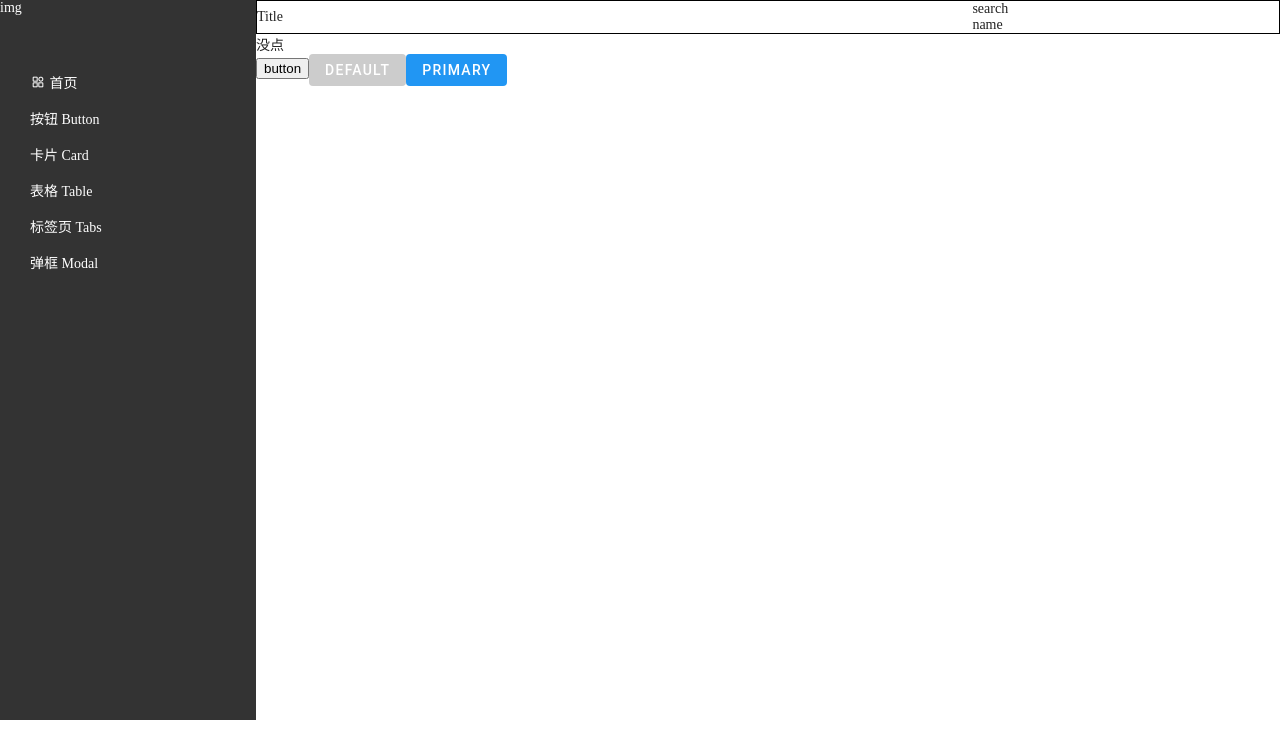
Repository: wyhsunflower/koalaUI
Page: /
An editor plug-in stored every save of this project. The page is shown before and after the next save, followed by the edit.
The browser window is 1280 px wide. The pictures show the whole page.
The project was rebuilt for these pictures with package versions that can differ from the ones it lists, and the page was loaded fresh each time. Also part of the build but not shown: webpack.config.js, src/components/Modal/Modal.vue. Imported but missing from the stored project, and not drawn on this page: src/views/go/go2.vue.

Above is the page before, as saved 2020-03-12 22:02:48.

### index.html
<!DOCTYPE html>
<html lang="en">
<head>
    <meta charset="UTF-8">
    <title>koala's UI</title>
</head>
<body>
<div id="app"></div>
</body>
</html>

### src/index.js
import Vue from 'vue';
import App from './app';
import './components/components.js'
import './styles/global.scss';
import './styles/iconfont/icon.scss'
import router from './router/route';


new Vue({
    router,
    render(h) {
        return h(App);
    }
}).$mount('#app');

### src/app.vue
<template>
    <div id="app" class="container">
        <SideBar></SideBar>
        <div class="right">
            <Header></Header>
            <div class="main">
                <transition>
                 <router-view></router-view>
                </transition>
            </div>
        </div>
    </div>
</template>
<script>
    import SideBar from './SideBar';
    import Header from './Header';
    export default {
        name: "app",
        components:{
            SideBar,
            Header
        },
    }
</script>

<style lang="scss" scoped>
    @import "styles/global";
    .container{
        width: 100%;
        display: flex;
        flex-flow: row nowrap;
        height: 100%;
    }
    .right{
        width: 80%;
        height: 100%;
    }
        .main{
            width: 100%;
            height: 100%;
        }
</style>

### src/components/components.js
import Vue from 'vue'
import Button from './Button/Button';
import Modal from './Modal/Modal';

Vue.component('Button',Button);
Vue.component('Modal',Modal);

### src/styles/global.scss
$font-color: rgba(0,0,0, 0.87);
$color-btn-default:#ccc;
$color-btn-primary:#2196f3;
* {
    box-sizing: border-box;
}
html, body {
    margin: 0;
    padding: 0;
}
html{
    width: 100%;
    height: 100%;
    outline: none;
}
body {
    color: $font-color;
    font-size: 14px;
    height: 100%;
    width: 100%;
}
.koala-button{

    -moz-osx-font-smoothing: grayscale;
    -webkit-font-smoothing: antialiased;
    font-size: .875rem;
    line-height: 2.25rem;
    font-weight: 500;
    letter-spacing: .0892857143em;
    text-decoration: none;
    text-transform: uppercase;
    padding: 0 8px 0 8px;
    display: inline-flex;
    position: relative;
    align-items: center;
    justify-content: center;
    box-sizing: border-box;
    min-width: 64px;
    border: none;
    outline: none;
    line-height: 1;
    -webkit-user-select: none;
    -moz-user-select: none;
    -ms-user-select: none;
    user-select: none;
    -webkit-appearance: none;
    overflow: visible;
    vertical-align: middle;
    border-radius: 4px;

    padding: 0 16px 0 16px;
    min-width: 4.5rem;
    font-family: Roboto,Helvetica Neue,sans-serif;
    color: #fff;
    height: 2.25em;
}

### src/styles/iconfont/icon.scss
@font-face {font-family: "iconfont";
  src: url('./iconfont.eot?t=1575969178796'); /* IE9 */
  src: url('./iconfont.eot?t=1575969178796#iefix') format('embedded-opentype'), /* IE6-IE8 */
       url('./iconfont.woff?t=1575969178796') format('woff'),
       url('./iconfont.ttf?t=1575969178796') format('truetype'), /* chrome, firefox, opera, Safari, Android, iOS 4.2+ */
       url('./iconfont.svg?t=1575969178796#iconfont') format('svg'); /* iOS 4.1- */
}
.iconfont {
  font-family: "iconfont" !important;
  font-size: 16px;
  font-style: normal;
  -webkit-font-smoothing: antialiased;
  -moz-osx-font-smoothing: grayscale;
}
.icon-all:before {
  content: "\e6ef";
}

### src/router/route.js
import Router from 'vue-router';
import Vue from 'vue';
//import Home from '../app';
//import Button from '../components/Button/Button';
import Home from '../views/home';


const routerListDir=[];

function importAllRouter(r) {
    r.keys().forEach(
        (key)=>routerListDir.push(r(key).default)
    )
}

importAllRouter(require.context('../router',true,/\.router\.js/));
Vue.use(Router);
console.log(routerListDir);

export default new Router({
    routes: [
        ...routerListDir,
        { path: '/',component:Home},
        //{ path: '/button',component:Button},
    ]
});

### src/SideBar.vue
<template>
    <div class="side">
        <div class="top">
            <div>img</div>
            <!--<img src="./static/img/logo.jpg">-->
        </div>
        <ul class="side-list">
            <li v-for="x of lists">
                <i class="iconfont" :class="x.icon"></i>
                {{x.name}}
            </li>
        </ul>
    </div>
</template>

<script>
    export default {
        name: "SideBar",
        data(){
            return{
                lists:[
                    {
                        name:'首页',
                        icon:'icon-all',
                    },
                    {
                        name:'按钮 Button',
                        icon:'button',
                    },
                    {
                        name:'卡片 Card',
                        icon:'card',
                    },
                    {
                        name:'表格 Table',
                        icon:'table',
                    },
                    {
                        name:'标签页 Tabs',
                        icon:'tabs',
                    },
                    {
                        name:'弹框 Modal',
                        icon:'modal',
                    },
                ],
            }
        },
    }
</script>

<style lang="scss" scoped>
    .side {
        max-width: 300px;
        width: 20%;
        background: rgba(0,0,0,.8);
        height: 100%;
        color: #fff;
    }
    .top {
        height: 50px;
    }
    ul{
        list-style: none;
        padding: 0;
    }
    li{
        padding: 8px 30px;
        &:hover{background: rgba(0,0,0,.2);}
    }
</style>

### src/Header.vue
<template>
    <div class="header">
        <div class="title">Title</div>
        <div class="right">
            <div class="search">search</div>
            <div class="config">name</div>
        </div>
    </div>
</template>

<script>
    export default {
        name: "Header"
    }
</script>

<style lang="scss" scoped>
    .header{
        width: 100%;
        display: flex;
        justify-content: space-between;
        align-items: center;
        border: 1px solid #000;
    }
    .title{
        width: 60%;
    }
    .right{
        width: 30%;
    }
</style>

### src/components/Button/Button.vue
<template>
    <component
            class="koala-button"
            :class="buttonType"
            is="button"
            @click="onClick"
    >
        <slot></slot>
    </component>
</template>

<script>
    //type color icon
    export default {
        name: "Button",
        props:['self','type','color'],
        data(){
            return{
            }
        },
        components:{

        },
        computed:{
            buttonType(){
                return `koala-button-${this.type}`
            },
        },
        methods:{
            onClick(e){
                this.$emit('click', e);
            }
        },
        mounted(){
        },
    }
</script>

<style lang="scss" scoped >
    @import "../../styles/global.scss";
// .koala-button{
//     background-color:#ccc;
//     min-width: 4.5rem;
//     border-radius: .25rem;
//     color: #fff;
//     font-size: .875rem;
//     font-weight: 300;
//     box-sizing: border-box;
//     position: relative;
//     -webkit-user-select: none;
//     -moz-user-select: none;
//     -ms-user-select: none;
//     user-select: none;
//     cursor: pointer;
//     outline: none;
//     border: none;
//     -webkit-tap-highlight-color: transparent;
//     display: inline-block;
//     white-space: nowrap;
//     text-decoration: none;
//     vertical-align: baseline;
//     text-align: center;
//     margin: 0;
//     min-width: 64px;
//     line-height: 36px;
//     padding: 0 16px;
//     border-radius: 4px;
//     overflow: visible;
//     transform: translate3d(0, 0, 0);
//     transition: background 400ms cubic-bezier(0.25, 0.8, 0.25, 1),box-shadow 280ms cubic-bezier(0.4, 0, 0.2, 1);
// }
    .koala-button-default{
        background-color:$color-btn-default;
    }
    .koala-button-primary{
        background-color:$color-btn-primary;
    }
</style>

### src/views/home.vue
<template>
    <div class="main-container">
        <div>{{message}}</div>
        <button @click="showModal">button</button>
        <Modal v-if="modal" :self="this" :confirmCallback="confirmWay" :cancelCallback="cancelWay">
            <div>Modal组件</div>
            <div>Modal组件</div>
            <div>Modal组件</div>
            <div>Modal组件</div>
            <div>Modal组件</div>
            <div>Modal组件</div>
        </Modal>
        <Button @click="clicked('default')" type="default">Default</Button>
        <Button @click="clicked('primary')" type="primary">Primary</Button>
    </div>
</template>

<script>
    // import Modal from '../components/Modal/Modal.vue'
    // import Button from '../components/Button/Button.vue'
    export default {
        name: "home",
        data(){
            return{
                modal:false,
                message:'没点'
            }
        },
        // components:{
        //     Button
        // },
        methods:{
            showModal(){
                this.modal = true
            },
            confirmWay(){
                this.message = '确定'
            },
            cancelWay(){
                this.message = '取消了'
            },
            clicked(name){
                alert(name)
            },
        },
    }
</script>

<style scoped>

</style>

### src/router/button.router.js
import Button from '../components/Button/Button';
export default {
    path: '/button',
    name: 'button',
    component:Button,
    children:[]
}

### src/router/modal.router.js
import Modal from '../components/Modal/Modal';
export default {
    path: '/modal',
    name: 'modal',
    component:Modal,
}

### src/router/sample.router.js
import Sample from '../views/go/go2.vue';
export default {
    path: '/sample',
    name: 'sample',
    component:Sample,
}

After the next save:
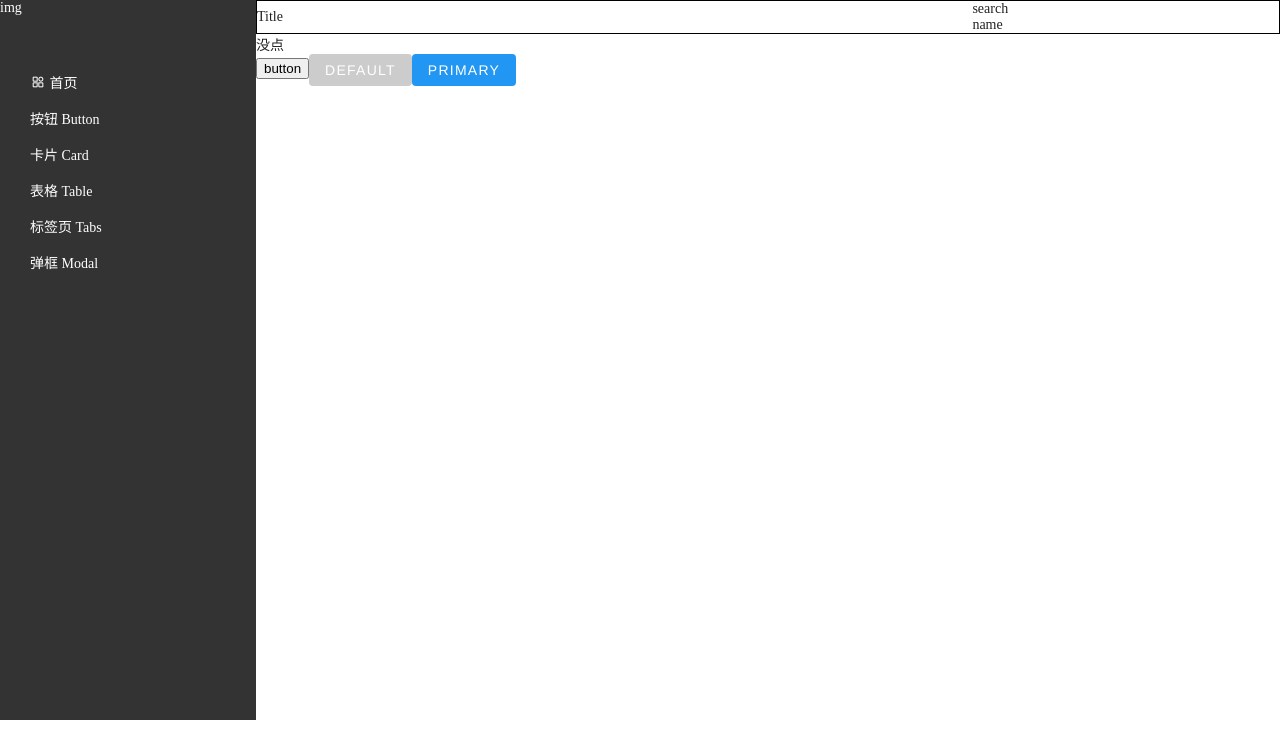
Saved 34 s later.
--- a/src/styles/global.scss
+++ b/src/styles/global.scss
@@ -50,7 +50,7 @@ body {
 
     padding: 0 16px 0 16px;
     min-width: 4.5rem;
-    font-family: Roboto,Helvetica Neue,sans-serif;
+    font-family: Helvetica, Roboto, Neue,sans-serif;
     color: #fff;
     height: 2.25em;
 }
